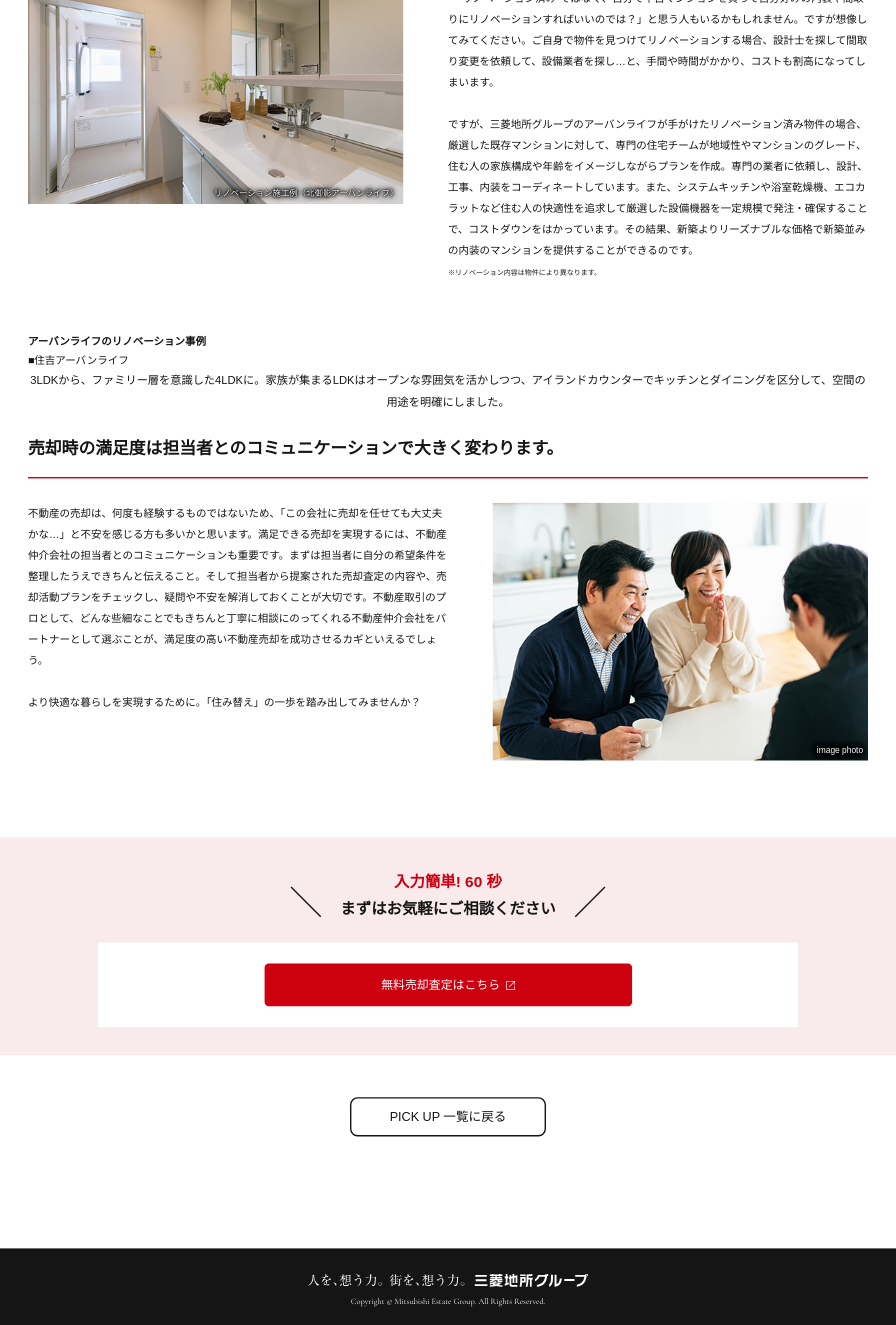
Repository: duongspm/group-kansai_new-data
Page: group-kansai_new/pickup/column07.html
An editor plug-in stored every save of this project. The page is shown before and after a run of saves, followed by the edit.
The browser window is 1280 px wide. The pictures show the part of the page from y = 1829 to 3749 px (the page is 3722 px tall before and 3749 px after), at 70% of full size.

Above is the page before, as saved 2023-06-30 15:15:36.

### group-kansai_new/pickup/column07.html
<!doctype html>
<html>
<head prefix="og: http://ogp.me/ns# fb: http://ogp.me/ns/fb# article: http://ogp.me/ns/website#">

    <meta charset="utf-8">
    <meta http-equiv="X-UA-Compatible" content="chrome=1">
    <meta name="viewport" content="width=device-width, initial-scale=1">

    <title>住み替えを検討する際の重要なポイント。住宅ローン残債があっても住み替えできる？｜関西で住まいのことは三菱地所グループへ</title>
    <meta name="keywords" content="新築マンション,注文住宅,リフォーム,売買・賃貸,関西,三菱地所グループ,三菱地所レジデンス,三菱地所ホーム,三菱地所ハウスネット,住まい">
    <meta name="description" content="関西エリアの三菱地所グループが、新築・中古マンション、注文住宅、リフォーム、売買、賃貸、マンション・ビル管理、インテリアなど、あらゆる住まいのニーズにお応えします。">
    <link rel="canonical" href="https://www.mecsumai.com/group_kansai/pickup/column07.html">

    <!-- OGP -->
    <meta property="og:site_name" content="関西で住まいのことは三菱地所グループへ" />
    <meta property="og:title" content="住み替えを検討する際の重要なポイント。住宅ローン残債があっても住み替えできる？｜関西で住まいのことは三菱地所グループへ" />
    <meta property="og:description" content="関西エリアの三菱地所グループが、新築・中古マンション、注文住宅、リフォーム、売買、賃貸、マンション・ビル管理、インテリアなど、あらゆる住まいのニーズにお応えします。" />
    <meta property="og:type" content="website" />
    <meta property="og:locale" content="ja_JP" />
    <meta property="og:url" content="https://www.mecsumai.com/group_kansai/pickup/column07.html" />
    <meta property="og:image" content="https://www.mecsumai.com/group_kansai/img/ogp/ogimage_column_mjhn_01.jpg" />
    <meta property="article:publisher" content="https://www.facebook.com/mecsumai" />
    <meta name="twitter:card" content="summary_large_image" />
    <meta name="twitter:site:id" value="@mecr_sumai" />
    <!-- CSS/JS -->
    <!--テスト用_WEBフォントタグ--><script type="text/javascript" src="//typesquare.com/3/tsst/script/ja/typesquare.js?GO7P2Rd89as%3D" charset="utf-8"></script>
    <!--本番用_WEBフォントタグ--><!-- <script type="text/javascript" src="//typesquare.com/3/tsst/script/ja/typesquare.js?fP5kCoOP0YE%3D" charset="utf-8"></script>-->

	<link rel="stylesheet" href="../css/style.css">
    <link rel="stylesheet" href="css/column.css">

    <script src="../js/jquery.min.js"></script>
    <script src="../js/script.js"></script>

</head>

<body>

	<!-- Google Tag Manager -->
	<noscript><iframe src="//www.googletagmanager.com/ns.html?id=GTM-PPKM2M"
	height="0" width="0" style="display:none;visibility:hidden"></iframe></noscript>
	<script>(function(w,d,s,l,i){w[l]=w[l]||[];w[l].push({'gtm.start':
	new Date().getTime(),event:'gtm.js'});var f=d.getElementsByTagName(s)[0],
	j=d.createElement(s),dl=l!='dataLayer'?'&l='+l:'';j.async=true;j.src=
	'//www.googletagmanager.com/gtm.js?id='+i+dl;f.parentNode.insertBefore(j,f);
	})(window,document,'script','dataLayer','GTM-PPKM2M');</script>
	<!-- End Google Tag Manager -->

    <header>
        <a><img src="../img/logo_mec.svg" alt="人を、想う力。街を、想う力。三菱地所グループ"></a>
        <a><img src="../img/logo_mecgonext.svg" alt="三菱地所と次にいこう。"></a>
        <div id="btn-menu"><span></span><span></span><span></span><a>MENU</a></div>
    </header>

    <div class="menu">
        <div class="menu-wrap container">
            <ul class="menu-nav menu-nav1">
                <li><a href="../#top" onclick="trEvent('三菱地所グループ関西合同LP','Click','【LP内遷移】グロナビ_トップページに戻る',0);">トップページに戻る</a></li>
                <li><a href="../#p-news" onclick="trEvent('三菱地所グループ関西合同LP','Click','【LP内遷移】グロナビ_NEWS',0);">NEWS</a></li>
                <li><a href="./" onclick="trEvent('三菱地所グループ関西合同LP','Click','【LP内遷移】グロナビ_PICK UP',0);">PICK UP</a></li>
                <li><a href="../#p-buy" onclick="trEvent('三菱地所グループ関西合同LP','Click','【LP内遷移】グロナビ_買いたい',0);">買いたい</a></li>
                <li><a href="../#p-build" onclick="trEvent('三菱地所グループ関西合同LP','Click','【LP内遷移】グロナビ_建てたい',0);">建てたい</a></li>
                <li><a href="../#p-renovate" onclick="trEvent('三菱地所グループ関西合同LP','Click','【LP内遷移】グロナビ_リフォームしたい',0);">リフォームしたい</a></li>
                <li><a href="../#p-sell" onclick="trEvent('三菱地所グループ関西合同LP','Click','【LP内遷移】グロナビ_売りたい',0);">売りたい</a></li>
                <li><a href="../#p-lend" onclick="trEvent('三菱地所グループ関西合同LP','Click','【LP内遷移】グロナビ_貸したい',0);">貸したい</a></li>
                <li><a href="../#p-borrow" onclick="trEvent('三菱地所グループ関西合同LP','Click','【LP内遷移】グロナビ_借りたい',0);">借りたい</a></li>
                <li><a href="../#p-interior" onclick="trEvent('三菱地所グループ関西合同LP','Click','【LP内遷移】グロナビ_インテリアを探す',0);">インテリアを探す</a></li>
                <li><a href="../#p-admin" onclick="trEvent('三菱地所グループ関西合同LP','Click','【LP内遷移】グロナビ_不動産管理',0);">不動産管理</a></li>
            </ul>

            <ul class="menu-nav menu-nav2">
                <li><a href="../check/" onclick="trEvent('三菱地所グループ関西合同LP','Click','【LP内遷移】グロナビ_三菱地所グループの「住まい」マッチング',0);">三菱地所グループの「住まい」マッチング</a></li>
                <li><a href="../#p-map" onclick="trEvent('三菱地所グループ関西合同LP','Click','【LP内遷移】グロナビ_三菱地所グループの関西エリア営業拠点マップ',0);">三菱地所グループの関西エリア営業拠点マップ</a></li>
                <li><a href="../#p-group" onclick="trEvent('三菱地所グループ関西合同LP','Click','【LP内遷移】グロナビ_三菱地所グループのご紹介',0);">三菱地所グループのご紹介</a></li>
            </ul>

            <!-- <ul class="service-bnr">
                <li><a href="check/"><img src="img/bnr_check_menu.jpg" alt="理想の「住まい」セルフチェック"></a></li>
                <li class="bnr-find">
                    <img src="img/bnr_find_menu.jpg" alt="住み替えるなら今の「住まい」は…">
                    <a href="#p-sell01"><img src="img/bnr_find01.png" alt="少しでも高く売却したい"></a>
                    <a href="#p-sell02"><img src="img/bnr_find02.png" alt="手間なく早く売却したい"></a>
                    <a href="#p-lend"><img src="img/bnr_find03.png" alt="賃貸活用で家賃を得たい"></a>
                </li>
            </ul>-->
            <!--/service-bnr-->
        </div>
    </div>

    <main class="main" id="column07">
        <section class="main-img">
            <img class="only-pc" src="img/vol_07/mv07.png" width="100%" alt="image photo">
            <img class="only-sp" src="img/vol_07/mv07-sp.png" width="100%" alt="image photo">
            <p class="cap-abs_right shadow">リノベーション施工事例（北御影アーバンライフ）</p>
        </section>
        <!--/main-img-->

        <section class="column container">
            <div class="column-group">
                <ul class="hashtag">
                    <li># リノベーション</li>
                    <li># 住み替え</li>
                </ul>
                <h2>お手頃なのに新築並み！今話題の「リノベーション済み物件」</h2>
                <p>新居探しの新たな選択肢として最近よく耳にする「リノベーション済み物件」。ですがリノベーション済み物件とはどのようなものなのでしょうか？今回はその特徴やメリットをご紹介します。</p>

                <div class="column-nav">
                    <p class="column-nav_tit">INDEX</p>
                    <ul class="column-nav_list">
                        <li><a href="#part01">
                            <p class="column-nav_num">01</p>
                            <p class="column-nav_txt">今注目されるリノベーション済み物件とは？</p>
                        </a></li>
                        <li><a href="#part02">
                            <p class="column-nav_num">02</p>
                            <p class="column-nav_txt">新築物件よりリーズナブルな価格で手に入る！</p>
                        </a></li>
                        <li><a href="#part03">
                            <p class="column-nav_num">03</p>
                            <p class="column-nav_txt">徹底した品質管理とアフターサービスで住んだ後も安心</p>
                        </a></li>
                    </ul>
                </div>
            </div>
            <!--/column group-->

            <div class="anchor"><div id="part01"></div></div>
            <div class="column-group">
                <h3>今注目されるリノベーション済み物件とは？</h3>

                <div class="column-box">
                    <div class="column-box_inner">
                        <p>住宅の購入を検討するときに、「新築マンションは魅力的だけど、価格が高いから中古マンションのほうがいいのかも？」と迷っている人も多いのではないでしょうか。そんな時に、新築でも中古でもない新たな選択肢として今注目を集めているのが「リノベーション済み物件」です。</p>
                        <p>「リノベーション済み物件」とは、買い取った中古物件に改装工事や修繕工事、クリーニングを行い、内装を新築のような状態で販売されている物件のこと。ちなみに、リノベーション済み物件と似たような形態として「リフォーム済み物件」が挙げられます。両者とも修復や改修がされているのは同じですが、リフォームは現状の状態を回復させる工事がメイン。一方リノベーション済み物件は、古くなった箇所をなおすだけではなく、設備の仕様変更、大幅な間取り・デザイン変更など、新たな機能や価値を加える工事を行い、新築さながらの内装や設備を持っているのが特徴です。</p>
                    </div>
                    <div class="column-box_img">
                        <img src="img/vol_07/img-01.png" alt="リノベーション施工事例（ネオセント西宮北口）">
                        <p class="cap-abs_right shadow">リノベーション施工事例（ネオセント西宮北口）</p>
                    </div>
                </div>
            </div>
            <!--/column group-->

            <div class="anchor"><div id="part02"></div></div>
            <div class="column-group column07-02">
                <h3>新築物件よりリーズナブルな価格で手に入る！</h3>

                <div class="column-box">
                    <div class="column-box_img">
                        <img src="img/vol_07/img-02.png" alt="リノベーション施工例（北御影アーバンライフ）">
                        <p class="cap-abs_right shadow">リノベーション施工例（北御影アーバンライフ）</p>
                    </div>
                    <div class="column-box_inner">
                        <p>「リノベーション済み物件」の何よりのメリットは内装が新しい状態で新築よりも購入価格を抑えられる点です。
                            <br>「”リノベーション済み“ではなく、自分で中古マンションを買って自分好みの内装や間取りにリノベーションすればいいのでは？」と思う人もいるかもしれません。ですが想像してみてください。ご自身で物件を見つけてリノベーションする場合、設計士を探して間取り変更を依頼して、設備業者を探し…と、手間や時間がかかり、コストも割高になってしまいます。</p>
                        <p>ですが、三菱地所グループのアーバンライフが手がけたリノベーション済み物件の場合、厳選した既存マンションに対して、専門の住宅チームが地域性やマンションのグレード、住む人の家族構成や年齢をイメージしながらプランを作成。専門の業者に依頼し、設計、工事、内装をコーディネートしています。また、システムキッチンや浴室乾燥機、エコカラットなど住む人の快適性を追求して厳選した設備機器を一定規模で発注・確保することで、コストダウンをはかっています。その結果、新築よりリーズナブルな価格で新築並みの内装のマンションを提供することができるのです。
                            <br><span class="txt-small">※リノベーション内容は物件により異なります。</span>
                        </p>
                    </div>
                </div>
            </div>
            <!--/column group-->

            <!-- column07 box -->
            <div class="column07__box">
                <h4>アーバンライフのリノベーション事例</h4>
                <p class="title">■住吉アーバンライフ</p>
                <p class="desc">3LDKから、ファミリー層を意識した4LDKに。家族が集まるLDKはオープンな雰囲気を活かしつつ、アイランドカウンターでキッチンとダイニングを区分して、空間の用途を明確にしました。</p>

            </div>

            <!-- column07 box -->
            <div class="anchor"><div id="part03"></div></div>
            <div class="column-group">
                <h3>売却時の満足度は担当者とのコミュニケーションで大きく変わります。</h3>

                <div class="column-box">
                    <div class="column-box_inner">
                        <p>不動産の売却は、何度も経験するものではないため、「この会社に売却を任せても大丈夫かな…」と不安を感じる方も多いかと思います。満足できる売却を実現するには、不動産仲介会社の担当者とのコミュニケーションも重要です。まずは担当者に自分の希望条件を整理したうえできちんと伝えること。そして担当者から提案された売却査定の内容や、売却活動プランをチェックし、疑問や不安を解消しておくことが大切です。不動産取引のプロとして、どんな些細なことでもきちんと丁寧に相談にのってくれる不動産仲介会社をパートナーとして選ぶことが、満足度の高い不動産売却を成功させるカギといえるでしょう。</p>
                        <p>より快適な暮らしを実現するために。「住み替え」の一歩を踏み出してみませんか？</p>
                    </div>
                    <div class="column-box_img">
                        <img src="img/vol_01/img_04.jpg" alt="image photo">
                        <p class="cap-abs_right shadow">image photo</p>
                    </div>
                </div>
            </div>
            <!--/column group-->
        </section>
        <!--/column-->

        <section class="contact">
            <div class="contact-heading">
                <div class="contact-tit">
                    <h2><span>入力簡単! 60 秒</span>まずはお気軽にご相談ください</h2>
                </div>
                <div class="contact-btn container">
                    <a href="../mjhn_18.html" target="_blank" onclick="trEvent('三菱地所グループ関西合同LP','Click','【三菱地所ハウスネット】PICKUP_住み替えを検討する際の重要なポイント。住宅ローン残債があっても住み替えできる？_無料売却査定はこちら',0);">無料売却査定はこちら</a>
                </div>
            </div>

            <!-- <div class="contact-sns">
                <a class="twitter typesquare_option" href="http://twitter.com/share?url=www.mecsumai.com/group_kansai/pickup/&amp;text=住み替えを検討する際の重要なポイント。住宅ローン残債があっても住み替えできる？&amp;hashtags=住み替え&amp;hashtags=売却査定" target="_blank" rel="nofollow noopener noreferrer">Twitterでシェア</a>
                <a class="facebook typesquare_option" href="http://www.facebook.com/share.php?u=mecsumai.com/group_kansai/pickup/" target="_blank" rel="nofollow noopener noreferrer">Facebookでシェア</a>
            </div>-->

            <a class="contact-back" href="./" onclick="trEvent('三菱地所グループ関西合同LP','Click','【LP内遷移】PICK UP_詳細_PICK UP 一覧に戻る',0);">PICK UP 一覧に戻る</a>
        </section>
    </main>

    <footer>
        <div id="pagetop"><img src="../img/pagetop.png" alt="トップに戻る"></div>
        <a><img src="../img/flogo_mec.svg" alt="人を、想う力。街を、想う力。三菱地所グループ"></a>
        <p>Copyright &copy; Mitsubishi Estate Group. All Rights Reserved.</p>
    </footer>

    <!-- Yahoo Tag Manager -->
    <script type="text/javascript">
      (function () {
        var tagjs = document.createElement("script");
        var s = document.getElementsByTagName("script")[0];
        tagjs.async = true;
        tagjs.src = "//s.yjtag.jp/tag.js#site=YzMGP4N&referrer=" + encodeURIComponent(document.location.href) + "";
        s.parentNode.insertBefore(tagjs, s);
      }());
    </script>
    <noscript>
      <iframe src="//b.yjtag.jp/iframe?c=YzMGP4N" width="1" height="1" frameborder="0" scrolling="no" marginheight="0" marginwidth="0"></iframe>
    </noscript>
    <!-- End Yahoo Tag Manager -->

</body>
</html>

### group-kansai_new/css/style.css
@charset "utf-8";
@import url('https://fonts.googleapis.com/css2?family=Cormorant+Garamond&family=Inter:wght@700&display=swap');

/* Reset */
html{font-size: 62.5%;}
body{color: #000; line-height: 1.8; word-spacing: 0; font-size: 1.5rem; -webkit-text-size-adjust: 100%; -ms-text-size-adjust: 100%; -moz-text-size-adjust: 100%; font-family: "秀英角ゴシック金 L", "Shuei KakuGo Kin L", "Noto Sans JP", "ヒラギノ角ゴ Pro W3", "Hiragino Kaku Gothic Pro", "メイリオ", "MS Pゴシック", "MS PGothic", Meiryo, sans-serif;}

*{margin: 0; padding: 0; box-sizing: border-box; border: 0;}
h1, h2, h3, h4, h5, h6{font-size: 100%;}
ol, ul{list-style: none;}
table{border-collapse: collapse; border-spacing: 0;}
th{text-align: left;}
a{color: inherit; text-decoration: none;}
img{vertical-align: bottom; max-width: 100%;}

.container{max-width: 1000px; margin: 0 auto;}
.cap,
.cap-left,
.cap-right{font-size: 1rem; line-height: 1.4;}
[class*="cap-abs"]{font-size: 1.2rem; line-height: 1.4;}
.cap-abs_right{position: absolute; bottom: 7px; right: 7px; text-align: right;}
.cap-abs_left{position: absolute; bottom: 7px; left: 7px;}
.cap-right{padding-top: 0.8em; text-align: right;}
.cap-left{padding-top: 0.8em;}
.shadow{color: #fff; text-shadow: 0 0 1px rgba(0,0,0,.6), 0 0 2px rgba(0,0,0,.6), 0 0 3px rgba(0,0,0,.6), 0 0 4px rgba(0,0,0,.6), 0 0 5px rgba(0,0,0,.6), 0 0 6px rgba(0,0,0,.6), 0 0 7px rgba(0,0,0,.6), 0 0 8px rgba(0,0,0,.6), 0 0 9px rgba(0,0,0,.6), 0 0 10px rgba(0,0,0,.6);}
sup{font-size: 1.2rem; line-height: 1;}

.anchor{position: relative;}
.anchor > div{position: absolute; left: 0;}

@media (min-width: 768px){
    a[href^="tel:"]{pointer-events: none;}
    .only-sp{display: none;}
    .container{width: calc(100% - 3rem);}
    .anchor > div{top: -5.4rem;}
}

@media (max-width: 767px){
    .only-pc{display: none;}
    html{font-size: 2vw;}
    body{font-size: 1.65rem;}
    .container{width: 90%;}
    .cap,
    .cap-left,
    .cap-right{font-size: 1.2rem; line-height: 1.7;}

    .anchor > div{top: -7rem;}
}

@media print {
    body{color-adjust: exact; -webkit-print-color-adjust: exact; print-color-adjust: exact;}
}

/* Header */
header{padding: 1rem 3rem; display: flex; align-items: center; background: #fff; position: fixed; top: 0; left: 0; width: 100%; background: #fff; z-index: 1000;}
header a:nth-of-type(1){width: 11rem; margin-right: 2.4rem;}
header a:nth-of-type(2){width: 6rem;}
header img{width: 100%;}

#btn-menu{position: absolute; top: 0; right: 0; width: 5.4rem; height: 5.4rem; cursor: pointer; background: #cd0010;}
#btn-menu span{position: absolute; left: 1.2rem; width: 3rem; height: 0.2rem; background: #fff;}
#btn-menu span:nth-of-type(1){top: 1.1rem;}
#btn-menu span:nth-of-type(2){top: 1.9rem;}
#btn-menu span:nth-of-type(3){top: 2.7rem;}
#btn-menu a{display: block; color: #fff; font-size: 1.1rem; text-align: center; padding: 3.1rem 0 0 0; width: 100%; font-weight: bold; font-family: 'Inter', sans-serif;}
#btn-menu.is-open span:nth-of-type(1){top: 1.8rem; transform: rotate(45deg); -webkit-transform: rotate(45deg);}
#btn-menu.is-open span:nth-of-type(2){display: none;}
#btn-menu.is-open span:nth-of-type(3){top: 1.8rem; transform: rotate(-45deg); -webkit-transform: rotate(-45deg);}

@media (max-width: 767px){
    #btn-menu{width: 6.4rem; height: 6.4rem;}
    #btn-menu span{left: 1.2rem; width: 4rem; height: 0.2rem;}
    #btn-menu span:nth-of-type(1){top: 1.1rem;}
    #btn-menu span:nth-of-type(2){top: 2.2rem;}
    #btn-menu span:nth-of-type(3){top: 3.3rem;}
    #btn-menu a{padding: 3.6rem 0 0 0; font-size: 1.4rem;}
    #btn-menu.is-open span:nth-of-type(1),
    #btn-menu.is-open span:nth-of-type(3){top: 2rem;}
}

.menu{position: fixed; top: 0; left: 0; width: 100%; height: 100%; overflow: auto; background: #f5f5f5; z-index: 800; display: none; font-family: "秀英角ゴシック金 B", "Shuei KakuGo Kin B", "Noto Sans JP", "ヒラギノ角ゴ Pro W3", "Hiragino Kaku Gothic Pro", "メイリオ", "MS Pゴシック", "MS PGothic", Meiryo, sans-serif;}
.menu-wrap{padding: 12rem 0 5rem;}

.menu-nav1{display: flex; flex-wrap: wrap;}
.menu-nav1 a{font-size: 1.8rem; height: 8rem; display: flex; align-items: center;}
.menu-nav1 a:before{content: ''; width: 2rem; height: 2rem; background: url("../img/ic_arrows.png") no-repeat top left/100% 100%; margin: 0 1rem 0 0;}
.menu-nav1 a:hover{color: #cd0010;}

.menu-nav2{padding: 3rem 0 4rem; display: flex; flex-wrap: wrap;}
.menu-nav2 a{font-size: 1.6rem; height: 4rem; display: flex; align-items: center;}
.menu-nav2 a:before{content: ''; width: 2rem; height: 2rem; background: url("../img/ic_arrows.png") no-repeat top left/100% 100%; margin: 0 1rem 0 0;}
.menu-nav2 a:hover{color: #cd0010;}

.menu .bnr-find a{top: 48.5%;}

@media (max-width: 1023px) and (min-width: 768px){
    .menu-nav1 a{font-size: 1.6rem;}
    .menu-nav1 a:before{margin: 0 0.5rem 0 0;}
}

@media (min-width: 768px){
    .menu-nav1 li{width: 23.425%; margin-right: 2.1%; border-bottom: 1px dotted #acacac;}
    .menu-nav1 li:nth-of-type(1),
    .menu-nav1 li:nth-of-type(2),
    .menu-nav1 li:nth-of-type(3){width: 32%;margin-right: 2%;}
    .menu-nav1 li:nth-of-type(3),
    .menu-nav1 li:nth-of-type(7),
    .menu-nav1 li:nth-of-type(11){margin-right: 0;}

    .menu-nav2 li:not(:last-of-type){margin-right: 6rem;}
}

@media (max-width: 767px){
    header{padding: 1.5rem 5%;}
    header a:nth-of-type(1){margin-right: 7%;}

    .menu-wrap{padding: 12rem 0 3rem;}

    .menu-nav1 li{width: 48.5%; margin-right: 3%; border-bottom: 1px dotted #acacac;}
    .menu-nav1 li:nth-of-type(2n){margin-right: 0;}
    .menu-nav1 a{height: 6rem;}

    .menu-nav2{padding: 2rem 0 3rem;}
    .menu-nav2 a{height: 3.5rem;}

    .menu .service-bnr{padding: 0;}
}

/* Main */
.main{overflow-x: hidden; isolation:isolate; margin-top: 5.4rem;}
.m-tit2{font-size: 2.4rem; line-height: 1; text-align: center; margin: 0 0 3rem; color: #cd0010; font-weight: bold; font-family: 'Inter', sans-serif;}
.m-tit3{font-size: 2.8rem; line-height: 1.4; text-align: center; margin: -0.3em 0 2.5rem; font-family: "秀英明朝 M", "Shuei Mincho M", "游明朝", YuMincho, "Hiragino Mincho ProN W3", "ヒラギノ明朝 ProN W3", "Hiragino Mincho ProN", "HG明朝E", "MS P明朝", "MS 明朝", serif;}
.desc{font-size: 1.6rem; line-height: 2; text-align: center; margin: 0 auto 2em;}

@media (max-width: 767px){
    .main{margin-top: 6.4rem;}
    .desc{text-align: left; margin: 0 3rem 1.5em;}
    .desc br {display:none;}
}

/* Hashtag */
.hashtag{color: #cd0010; font-size: 1.2rem; line-height: 1.5; margin: 0 0 0.5rem; display: flex; flex-wrap: wrap; font-family: "秀英角ゴシック金 B", "Shuei KakuGo Kin B", "Noto Sans JP", "ヒラギノ角ゴ Pro W3", "Hiragino Kaku Gothic Pro", "メイリオ", "MS Pゴシック", "MS PGothic", Meiryo, sans-serif;}
.hashtag li{margin-right: 1em;}

@media (max-width: 767px){
    .hashtag{font-size: 1.4rem;}
}

/* Footer */
footer{background: #151515; color: #fff; text-align: center; padding: 2.8rem 0; position: relative; z-index: 100;}
footer a{width: 40rem; margin: 0 auto; display: block;}
footer a img{width: 100%;}
footer p{margin: 1.5rem 0 0 0; font-family: 'Cormorant Garamond', serif; font-size: 1.2rem; line-height: 1;}
#pagetop{position: fixed; bottom: 10px; right: 10px; width: 7rem; height: 7rem; cursor: pointer; z-index: 700; display: none;}
#pagetop a{width: 100%; display: block;}

@media (max-width: 767px){
    footer a{width: 90%;}
    footer img{width: 100%;}
    footer p{font-size: 1.5rem;}
    #pagetop{width: 6rem; height: 6rem;}
    #top footer{margin-bottom: 35.46vw;}
    #top #pagetop{bottom: 40vw !important; position: fixed !important;}
}

Loaded but not shown: group-kansai_new/js/jquery.min.js (library); group-kansai_new/js/script.js (70 lines, source omitted); group-kansai_new/pickup/css/column.css (183 lines, source omitted)

After the next 2 saves:
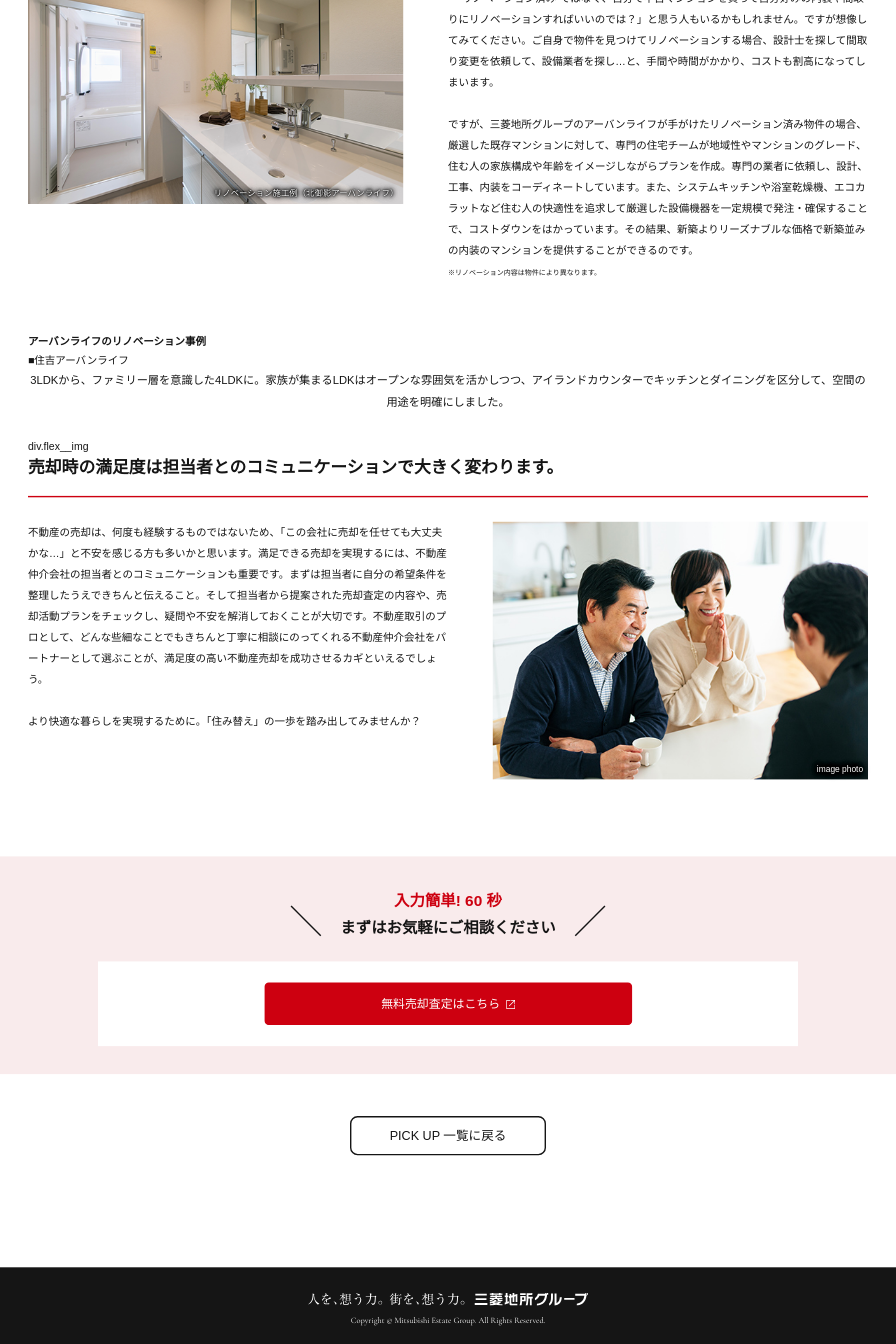
The 2 saves are shown as one change because they came seconds apart.
The last was saved 19 s later.
--- a/group-kansai_new/pickup/column07.html
+++ b/group-kansai_new/pickup/column07.html
@@ -166,7 +166,7 @@
                 <h4>アーバンライフのリノベーション事例</h4>
                 <p class="title">■住吉アーバンライフ</p>
                 <p class="desc">3LDKから、ファミリー層を意識した4LDKに。家族が集まるLDKはオープンな雰囲気を活かしつつ、アイランドカウンターでキッチンとダイニングを区分して、空間の用途を明確にしました。</p>
-
+                div.flex__img
             </div>
 
             <!-- column07 box -->
